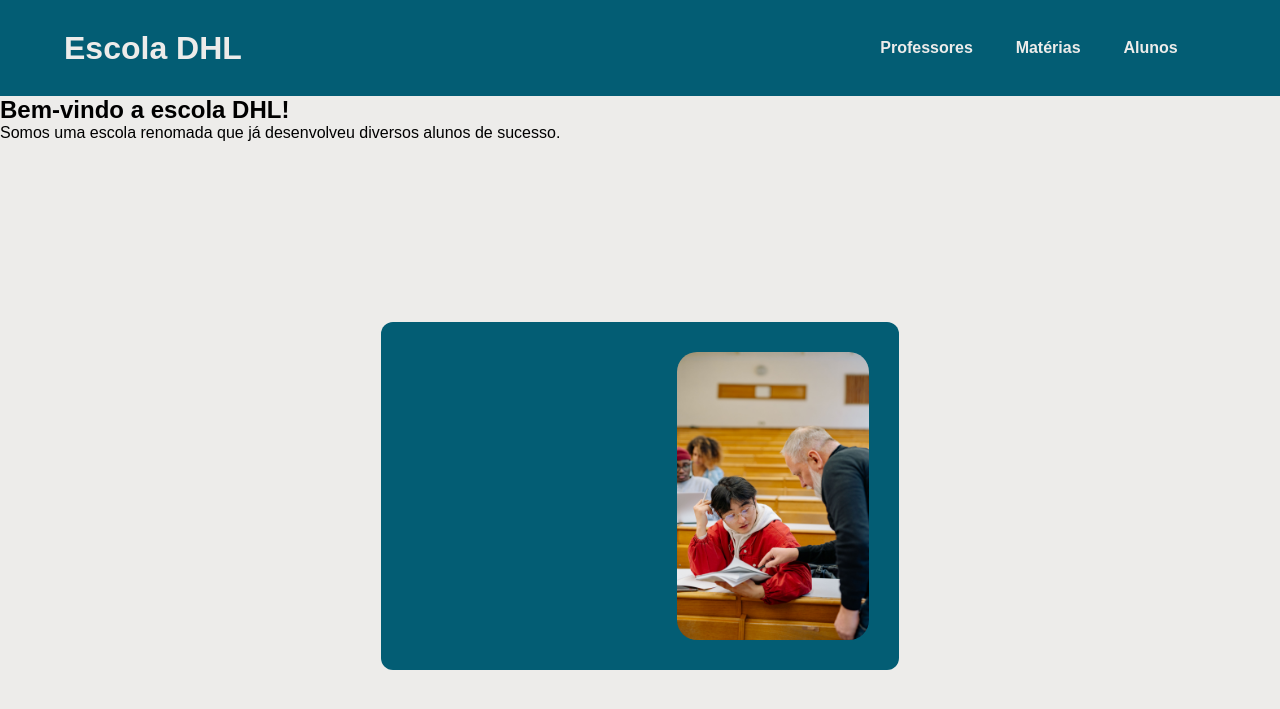
Repository: SirHick/sa-sistema-escola-DHL
Page: front/index.html
An editor plug-in stored every save of this project. The page is shown before and after a run of saves, followed by the edit.
The browser window is 1280 px wide. The pictures show the whole page.

Above is the page before, as saved 2026-07-17 15:59:50.

After the next 2 saves:
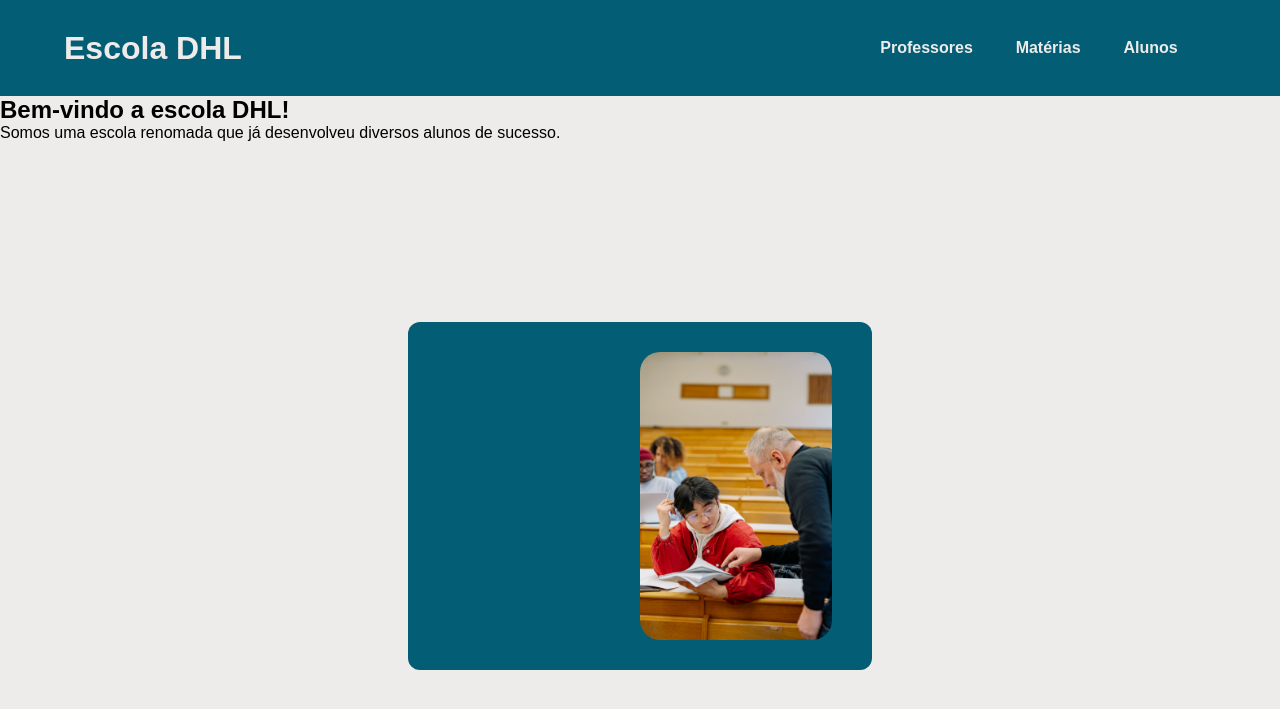
The 2 saves are shown as one change because they came seconds apart.
The last was saved 66 s later.
--- a/front/style.css
+++ b/front/style.css
@@ -50,7 +50,7 @@ header nav a{
     background-color: #035D74;
     margin-top: 25vh;
     display: grid;
-    grid-template-columns: 20vw auto;
+    grid-template-columns: auto auto auto;
     gap: 10px;
     color: #EDECEA;
     border-radius:12px;
